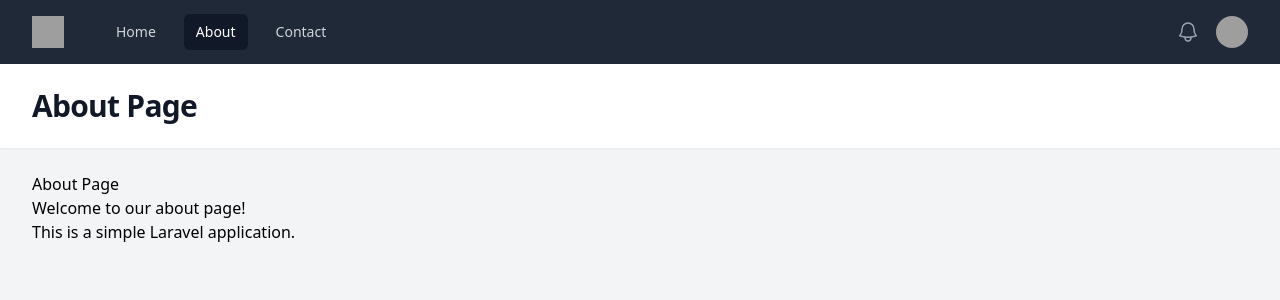
Repository: mennaabdelelhady/30-Days-to-Learn-Laravel
Page: http://localhost/about
An editor plug-in stored every save of this project. The page is shown before and after the next save, followed by the edit.
The browser window is 1280 px wide. The pictures show the whole page.
Pictures or frames that could not be fetched are drawn as grey boxes. Some web libraries are served in a nearby version. The page is served by the project's Laravel application, run on PHP 8.4 with Laravel 12.

Above is the page before, as saved 2025-07-09 12:17:09.

After the next save:
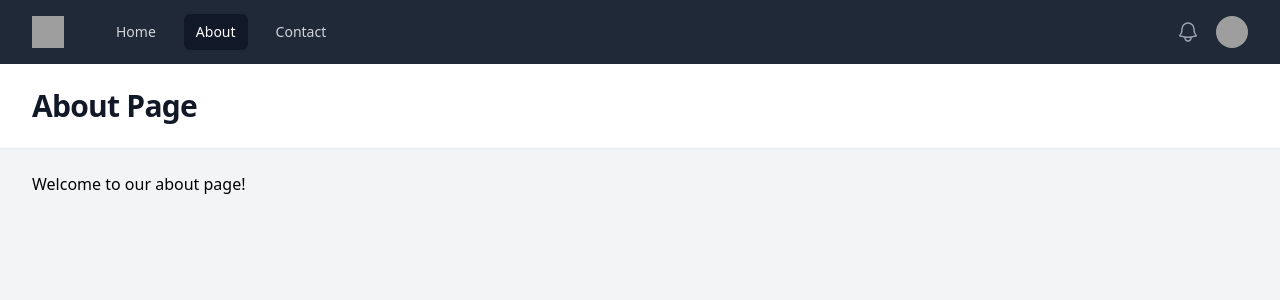
Saved 56 s later.
--- a/resources/views/about.blade.php
+++ b/resources/views/about.blade.php
@@ -2,7 +2,7 @@
     <x-slot:heading>
         About Page
     </x-slot:heading>
-    <h1>About Page</h1>
-    <p>Welcome to our about page!</p>
-    <p>This is a simple Laravel application.</p>
+
+    <h1>Welcome to our about page!</h1>
+
 </x-layout>
